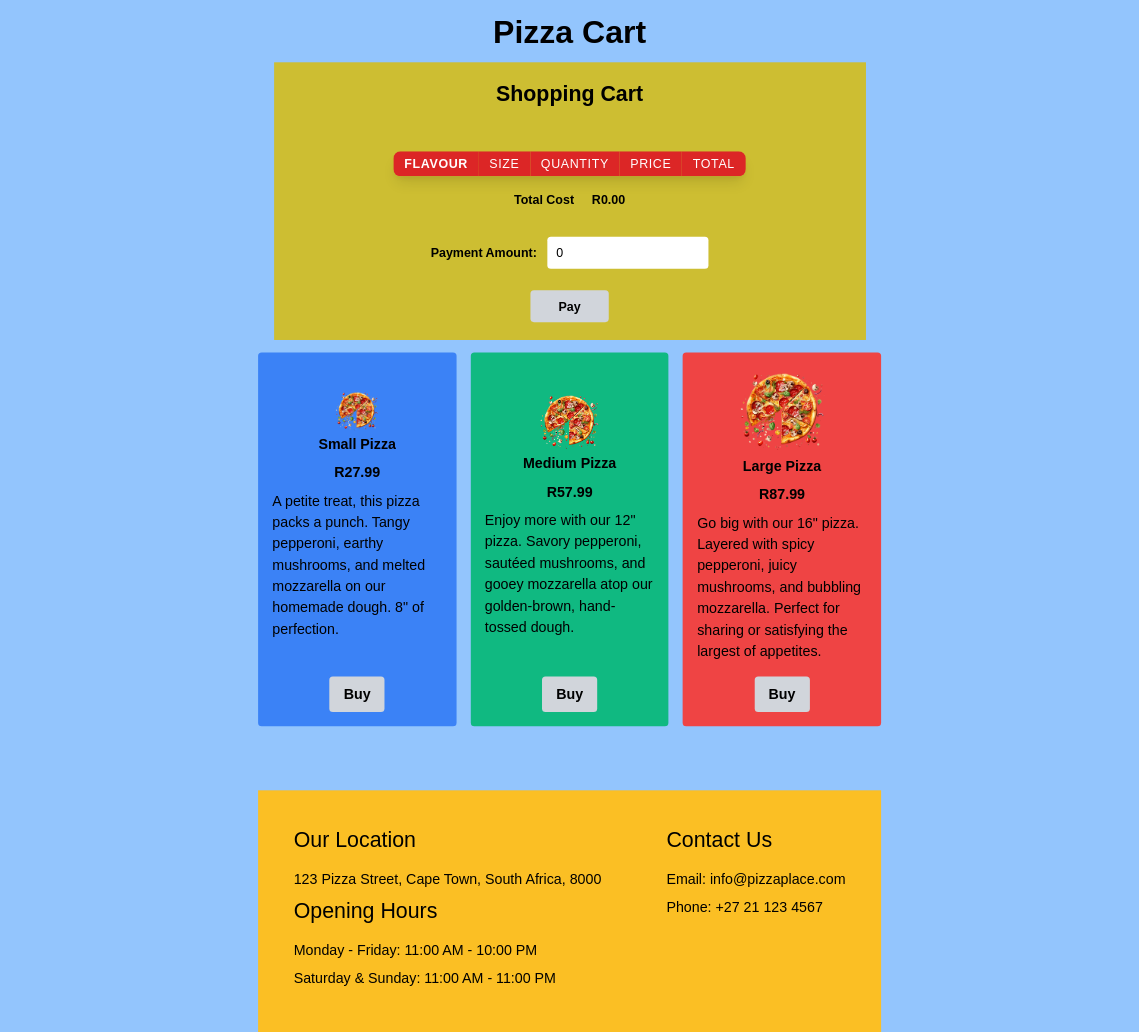
Repository: lasity34/pizza-cart-with-api
Page: index.html
These files come from the project's save history. The page is drawn as it stood at one moment and after the next save; the edit follows.
The browser window is 1280 px wide. The pictures show the whole page, at 89% of full size.
The page's requests for data from a server got no answer. Some web fonts or font styles are not loaded; a fallback is used. Some web libraries are served in a nearby version.

Above is the page before, as saved 2023-07-14 12:46:20.
Console error (its wording comes from the project's code and is left out).

### index.html
<!DOCTYPE html>
<html lang="en">
  <head>
    <meta charset="UTF-8" />
    <meta name="viewport" content="width=device-width, initial-scale=1.0" />
    <title>Pizza Cart</title>
    <script src="//unpkg.com/alpinejs" defer></script>
    <link
      href="https://cdn.jsdelivr.net/npm/tailwindcss@2.1.2/dist/tailwind.min.css"
      rel="stylesheet"
    />
    <script
      src="https://cdnjs.cloudflare.com/ajax/libs/axios/1.4.0/axios.min.js"
      integrity="sha512-uMtXmF28A2Ab/JJO2t/vYhlaa/3ahUOgj1Zf27M5rOo8/+fcTUVH0/E0ll68njmjrLqOBjXM3V9NiPFL5ywWPQ=="
      crossorigin="anonymous"
      referrerpolicy="no-referrer"
    ></script>
    <link href="./style.css" rel="stylesheet" />
    <link rel="preconnect" href="https://fonts.googleapis.com" />
    <link rel="preconnect" href="https://fonts.gstatic.com" crossorigin />
    <link
      href="https://fonts.googleapis.com/css2?family=Titillium+Web:ital@0;1&family=Tsukimi+Rounded:wght@300;400;500&display=swap"
      rel="stylesheet"
    />
  </head>
  <body x-data="pizzaCart" class="bg-blue-300" x-cloak>
    <section class="flex justify-center items-center">
      <h1 class="text-4xl pt-4 font-bold">Pizza Cart</h1>
    </section>

    <section
  class="shop-container my-3 sm:my-4 p-4 sm:p-5 flex flex-col text-xs sm:text-sm justify-center items-center"
>
  <h2 class="text-xl sm:text-2xl mb-2 font-bold">Shopping Cart</h2>
  <div class="mt-4 flex flex-col items-center">
    <div>
        <section class="mt-6">
            <table class="table-auto w-full rounded-lg overflow-hidden shadow-lg max-w-md mx-auto">
                <thead class="bg-red-600">
                    <tr>
                        <th class="px-2 sm:px-3 py-1 text-left text-xs sm:text-sm font-bold font-medium text-white uppercase tracking-wider">Flavour</th>
                        <th class="px-2 sm:px-3 py-1 text-left text-xs sm:text-sm font-medium text-white uppercase tracking-wider">Size</th>
                        <th class="px-2 sm:px-3 py-1 text-left text-xs sm:text-sm font-medium text-white uppercase tracking-wider">Quantity</th>
                        <th class="px-2 sm:px-3 py-1 text-left text-xs sm:text-sm font-medium text-white uppercase tracking-wider">Price</th>
                        <th class="px-2 sm:px-3 py-1 text-left text-xs sm:text-sm font-medium text-white uppercase tracking-wider">Total</th>
                    </tr>
                </thead>
                <tbody class="bg-yellow-100 divide-y divide-gray-200 overflow-auto max-h-48 sm:max-h-56">

                    <template x-for="pizza in cartPizzas">
                        <tr>
                          <td class="px-1 sm:px-2 py-1 whitespace-nowrap font-bold text-xs sm:text-sm text-gray-500" x-text="pizza.flavour"></td>

                            <td class="px-2 sm:px-3 py-1 whitespace-nowrap font-bold text-xs sm:text-sm text-gray-500" x-text="pizza.size"></td>
                            <td class="px-2 sm:px-3 py-1 whitespace-nowrap font-bold text-xs sm:text-sm text-gray-500">
                                <div class="flex items-center justify-center">
                                    <button
                                        @click="addPizzaToCart(pizza.id)"
                                        class="bg-gray-200 hover:bg-gray-300 text-gray-800 font-bold py-1 px-2 sm:px-3 rounded-l"
                                    >
                                        +
                                    </button>
                                    <div x-text="pizza.qty" class="mx-1 sm:mx-2"></div>
                                    <button
                                        @click="removePizzaFromCart(pizza.id)"
                                        class="bg-gray-200 hover:bg-gray-300 text-gray-800 font-bold py-1 px-2 sm:px-3 rounded-r"
                                    >
                                        -
                                    </button>
                                </div>
                            </td>
                            <td class="px-2 sm:px-3 py-1 whitespace-nowrap text-xs sm:text-sm font-bold text-gray-500">
                                R<span x-text="pizza.price"></span>
                            </td>
                            <td class="px-2 sm:px-3 py-1 whitespace-nowrap text-xs sm:text-sm font-bold text-gray-500">
                                R<span x-text="(pizza.qty * pizza.price).toFixed(2)"></span>
                            </td>
                        </tr>
                    </template>
                </tbody>
            </table>
        </section>
    </div>
    <div class="flex justify-center mt-2 sm:mt-4">
      <p class="font-bold">Total Cost</p>
      <p class="ml-3 sm:ml-5 font-bold">
        R<span x-text="(cartTotal).toFixed(2)">0.00</span>
      </p>
    </div>
    <div class="mt-2 sm:mt-4">
      <span x-text="message"></span>
    </div>

    <div class="mt-2 sm:mt-4"  x-cloak>
      <label class="font-bold">Payment Amount:</label>
      <input
        placeholder="Enter payment here"
        type="number"
        step="0.01"
        class="rounded ml-1 sm:ml-2 py-1 sm:py-2"
        x-model="paymentAmount"
      />
    </div>
    <div class="mt-3 sm:mt-6">
      <button
        x-cloak
        @click="payForCart()"
        class="bg-gray-300 hover:bg-gray-400 py-1 sm:py-2 px-4 sm:px-8 rounded font-bold"
      >
        <span>Pay</span>
      </button>
    </div>
  </div>
</section>




    <section class="pizza_columns">
      <div
        class="flex flex-col gap-4 mx-auto items-center lg:items-stretch lg:flex-row justify-center"
      >
        <div
          class="flex bg-blue-500 rounded p-4 w-4/5 lg:w-4/5 flex-grow flex-shrink flex flex-col justify-between text-black items-center"
        >
          <div class="flex-grow flex flex-col items-center justify-center">
            <img src="./pizza.png" width="50" />
            <h3 class="mb-2 font-bold">Small Pizza</h3>
            <h3 class="mb-2 font-bold">R27.99</h3>
            <p class="mb-4">
              A petite treat, this pizza packs a punch. Tangy pepperoni, earthy
              mushrooms, and melted mozzarella on our homemade dough. 8" of
              perfection.
            </p>
          </div>
          <button
            @click=""
            :disabled="smallAdded"
            class="bg-gray-300 hover:bg-gray-400 transition-colors duration-300 py-2 px-4 rounded font-bold"
          >
            Buy
          </button>
        </div>
        <div
          class="pizza_md bg-green-500 rounded p-4 w-4/5 lg:w-4/5 flex-grow flex-shrink flex flex-col justify-between text-black items-center"
        >
          <div class="flex-grow flex flex-col items-center justify-center">
            <img src="./pizza.png" width="70" />
            <h3 class="mb-2 font-bold">Medium Pizza</h3>
            <h3 class="mb-2 font-bold">R57.99</h3>
            <p class="mb-4">
              Enjoy more with our 12" pizza. Savory pepperoni, sautéed
              mushrooms, and gooey mozzarella atop our golden-brown, hand-tossed
              dough.
            </p>
          </div>
          <button
            @click=""
            :disabled="mediumAdded"
            class="bg-gray-300 hover:bg-gray-400 transition-colors duration-300 py-2 px-4 rounded font-bold"
          >
            Buy
          </button>
        </div>
        <div
          class="pizza_lg bg-red-500 rounded p-4 w-4/5 lg:w-4/5 flex-grow flex-shrink flex flex-col justify-between text-black items-center"
        >
          <div class="flex-grow flex flex-col items-center justify-center">
            <img src="./pizza.png" width="100" />
            <h3 class="mb-2 font-bold">Large Pizza</h3>
            <h3 class="mb-2 font-bold">R87.99</h3>
            <p class="mb-4">
              Go big with our 16" pizza. Layered with spicy pepperoni, juicy
              mushrooms, and bubbling mozzarella. Perfect for sharing or
              satisfying the largest of appetites.
            </p>
          </div>
          <button
            @click=""
            :disabled="largeAdded"
            class="bg-gray-300 hover:bg-gray-400 transition-colors duration-300 py-2 px-4 rounded font-bold"
          >
            Buy
          </button>
        </div>
      </div>
    </section>
    <!-- all pizzas display -->
    <section class="mt-8">
        <div class="flex flex-col items-center">
            <template x-for="pizza in pizzas">
                <div class="flex items-center border-b border-gray-200 bg-yellow-200 shadow-lg rounded-lg px-4 py-4 my-3 w-full max-w-xl">
                    <div class="w-24 h-24 flex-shrink-0">
                        <img src="./pizza.png" class="w-full h-full object-cover rounded-lg" />
                    </div>
                    <div class="ml-4 flex-grow flex justify-between w-3/4 items-center">
                        <h5 class="ml-2 text-lg font-bold text-black" x-text="pizza.flavour"></h5>
                        <p class="text-lg text-black mt-5 mb-4 mr-6 font-bold">R<span x-text="pizza.price"></span></p>
                    </div>
                    <div>
                        <button @click="addPizzaToCart(pizza.id)" class="bg-gray-600 hover:bg-gray-700 text-white font-bold py-2 px-4 rounded">Buy</button>
                    </div>
                </div>
            </template>
        </div>
    </section>



    <footer class="bg-yellow-400 text-black mt-10 p-10">
      <div class="container mx-auto flex justify-between">
        <div>
          <h2 class="text-2xl mb-4">Our Location</h2>
          <p class="mb-2">123 Pizza Street, Cape Town, South Africa, 8000</p>

          <h2 class="text-2xl mb-4">Opening Hours</h2>
          <p class="mb-2">Monday - Friday: 11:00 AM - 10:00 PM</p>
          <p class="mb-2">Saturday & Sunday: 11:00 AM - 11:00 PM</p>
        </div>
        <div>
          <h2 class="text-2xl mb-4">Contact Us</h2>
          <p class="mb-2">Email: info@pizzaplace.com</p>
          <p class="mb-2">Phone: +27 21 123 4567</p>
        </div>
      </div>
    </footer>

    <div
      x-show="show"
      x-transition:enter="transition ease-out duration-300"
      x-transition:enter-start="opacity-0 transform scale-90"
      x-transition:enter-end="opacity-100 transform scale-100"
      x-transition:leave="transition ease-in duration-300"
      x-transition:leave-start="opacity-100 transform scale-100"
      x-transition:leave-end="opacity-0 transform scale-90"
      class="fixed inset-0 flex items-center justify-center z-50"
    >
      <div class="bg-green-800 text-white rounded p-5 shadow-lg">
        <p x-text="message"></p>
      </div>
    </div>

    <script src="./pizza.js"></script>
  </body>
</html>

### style.css

body {
    max-width: 700px;
    margin: 0 auto;

font-family: 'Tsukimi Rounded', sans-serif;
}

.shop-container {
    background-color: rgb(205, 190, 50);
    max-width: 95%;
    margin: 1em auto;
}

input::-webkit-outer-spin-button,
input::-webkit-inner-spin-button {
  -webkit-appearance: none;
  margin: 0;
}

input[type="number"] {
  -moz-appearance: textfield;
 text-indent: 10px;
}

[x-cloak] { display: none; }

### pizza.js
function pizzaCart() {
  return {
    quantity: 0,
    paymentAmount: 0,
    message: "",
    show: false,
    lastMessageAdded: "",
    pizzas: [],
    username: "bjorn",
    cartId: "",
    cartPizzas: [],
    cartTotal: 0.0,
    // increment(size) {
    //   if (size === "small" && this.smallAdded) {
    //     this.smallAmount++;
    //   } else if (size === "medium" && this.mediumAdded) {
    //     this.mediumAmount++;
    //   } else if (size === "large" && this.largeAdded) {
    //     this.largeAmount++;
    //   }
    // },
    // buy(size) {
    //   if (size === "small") {
    //     this.smallAdded = true;
    //     this.smallAmount++; // increment the small pizza count
    //     this.message = "Small Pizza has been added";
    //   } else if (size === "medium") {
    //     this.mediumAdded = true;
    //     this.mediumAmount++; // increment the medium pizza count
    //     this.message = "Medium Pizza has been added";
    //   } else if (size === "large") {
    //     this.largeAdded = true;
    //     this.largeAmount++; // increment the large pizza count
    //     this.message = "Large Pizza has been added";
    //   }
    //   this.toggleModal();
    // },
    // decrement(size) {
    //   if (size === "small" && this.smallAmount > 0 && this.smallAdded) {
    //     this.smallAmount--;
    //     if (this.smallAmount === 0) this.smallAdded = false;
    //   }
    //   if (size === "medium" && this.mediumAmount > 0 && this.mediumAdded) {
    //     this.mediumAmount--;
    //     if (this.mediumAmount === 0) this.mediumAdded = false;
    //   }
    //   if (size === "large" && this.largeAmount > 0 && this.largeAdded) {
    //     this.largeAmount--;
    //     if (this.largeAmount === 0) this.largeAdded = false;
    //   }
    // },
    // total() {
    //   return (
    //     this.smallAmount * this.prices.small +
    //     this.mediumAmount * this.prices.medium +
    //     this.largeAmount * this.prices.large
    //   );
    // },
    // paymentTotal() {
    //   if (this.paymentAmount < this.total()) {
    //     this.payMessage = `<p class='flex bg-red-600 text-white py-2 px-4 font-bold text-lg my-3 py-1'>R${(
    //       this.total() - this.paymentAmount
    //     ).toFixed(2)} is needed</p>`;
    //     setTimeout(() => {
    //       this.payMessage = "";
    //     }, 2000);
    //   } else if (this.paymentAmount > this.total()) {
    //     this.payMessage = `<p class='flex bg-red-600 text-white py-2 px-4 font-bold text-lg my-3 py-1'>There is R${(
    //       this.paymentAmount - this.total()
    //     ).toFixed(2)} too much</p>`;
    //     setTimeout(() => {
    //       this.payMessage = "";
    //     }, 2000);
    //   } else if (this.paymentAmount == this.total() && this.total() !== 0) {
    //     this.payMessage =
    //       "<p class='flex bg-green-600 text-white py-2 px-4 font-bold text-lg my-3 py-1'>Enjoy your pizzas<p>";
    //     this.reset();
    //     setTimeout(() => {
    //       this.payMessage = "";
    //     }, 2000);
    //   }
    // },
    toggleModal() {
      this.show = !this.show;
      if (this.show) {
        setTimeout(() => {
          this.show = false;
        }, 2000); // Close after 2 seconds
      }
    },
    reset() {
      this.smallAmount = 0;
      this.mediumAmount = 0;
      this.largeAmount = 0;
      this.paymentAmount = 0;
      this.message = "";

      this.smallAdded = false;
      this.mediumAdded = false;
      this.largeAdded = false;
      this.show = false;
    },

    // API

    createCart() {
      const createCartURL = `https://pizza-api.projectcodex.net/api/pizza-cart/create?username=${this.username}`
      return axios.get(createCartURL).then(result => {
        this.cartId = result.data.cart_code
      })
    },

    getCart() {
      const getCartURL = `https://pizza-api.projectcodex.net/api/pizza-cart/${this.cartId}/get`;
      return axios.get(getCartURL);
    },

    addPizza(pizzaId) {
      return axios.post(
        "https://pizza-api.projectcodex.net/api/pizza-cart/add",
        {
          cart_code: this.cartId,
          pizza_id: pizzaId,
        }
      );
    },
    removePizza(pizzaId) {
      return axios.post(
        "https://pizza-api.projectcodex.net/api/pizza-cart/remove",
        {
          cart_code: this.cartId,
          pizza_id: pizzaId,
        }
      );
    },
    pay(amount) {
      return axios.post("https://pizza-api.projectcodex.net/api/pizza-cart/pay", {
        cart_code: this.cartId,
         amount
      });
    },
    showCartData() {
      this.getCart().then((result) => {
        const cartData = result.data;
        this.cartPizzas = cartData.pizzas;
        this.cartTotal = cartData.total;
      });
    },
    init() {
      axios
        .get("https://pizza-api.projectcodex.net/api/pizzas")
        .then((result) => {
          this.pizzas = result.data.pizzas;
        });

        if(!this.cartId) {
          this.createCart()
          .then(() => {

            this.showCartData()
          })
        }

      this.showCartData();
    },
    addPizzaToCart(pizzaId) {
      this.addPizza(pizzaId).then(() => {
        this.showCartData();
      });
    },
    removePizzaFromCart(pizzaId) {
      this.removePizza(pizzaId).then(() => {
        this.showCartData();
      });
    },
    payForCart() {
      this.pay(this.paymentAmount)
      .then(result => {
       if ( result.data.status === 'failure') {
        this.message = result.data.message;
        setTimeout(() => this.message = '', 3000)
       } else {
        this.message = 'Payment Received'

        setTimeout(() => {
          this.message = '';
          this.cartPizzas = [];
          this.cartTotal = 0.00;
          this.cartId = '';
          this.paymentAmount = 0
          this.createCart()
        }, 3000)

       }
      })
    }
  };
}

document.addEventListener("alpine:init", () => {
  Alpine.data("pizzaCart", pizzaCart);
});

After the next save:
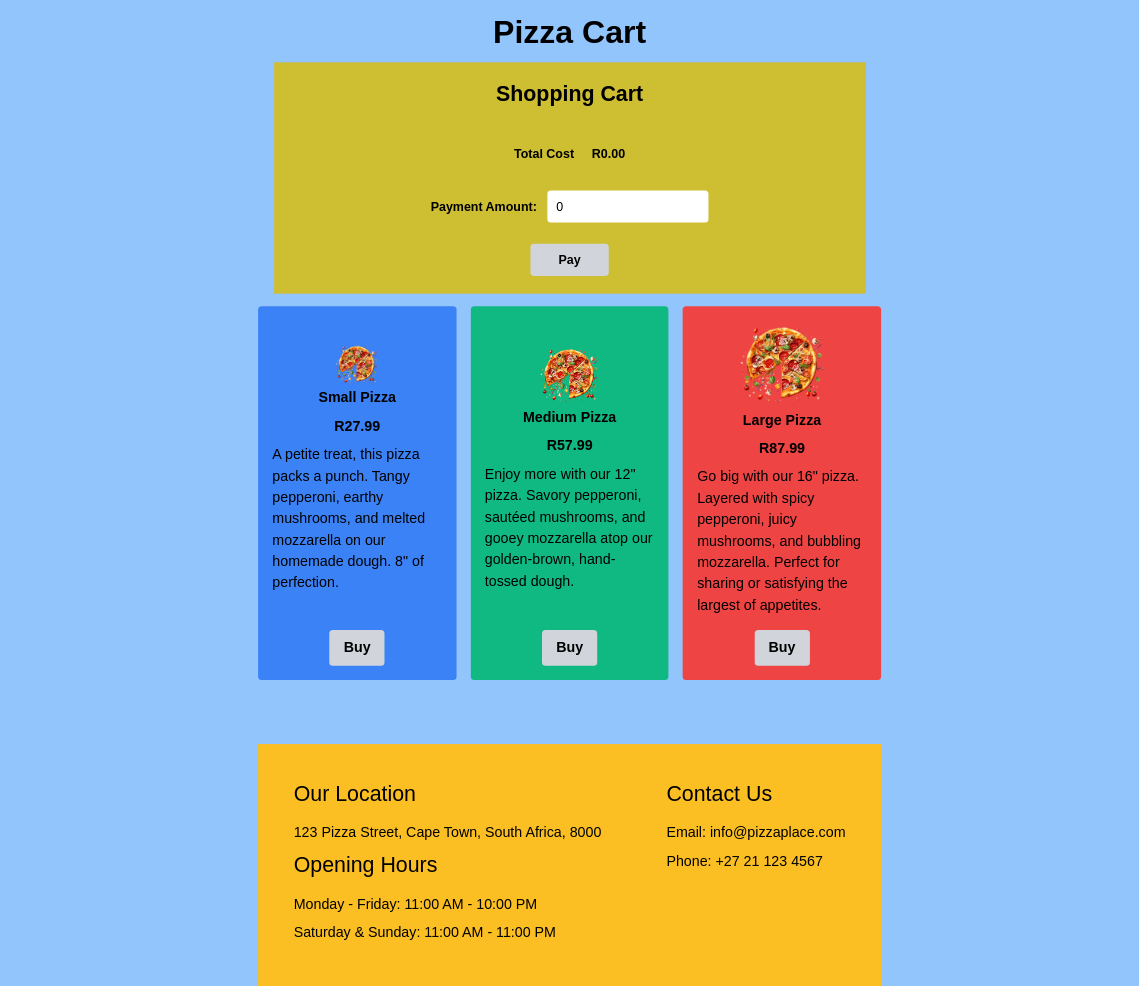
Saved 2 min 34 s later.
--- a/index.html
+++ b/index.html
@@ -33,7 +33,7 @@
 >
   <h2 class="text-xl sm:text-2xl mb-2 font-bold">Shopping Cart</h2>
   <div class="mt-4 flex flex-col items-center">
-    <div>
+    <div x-show=" cartTotal > 0 ">
         <section class="mt-6">
             <table class="table-auto w-full rounded-lg overflow-hidden shadow-lg max-w-md mx-auto">
                 <thead class="bg-red-600">
